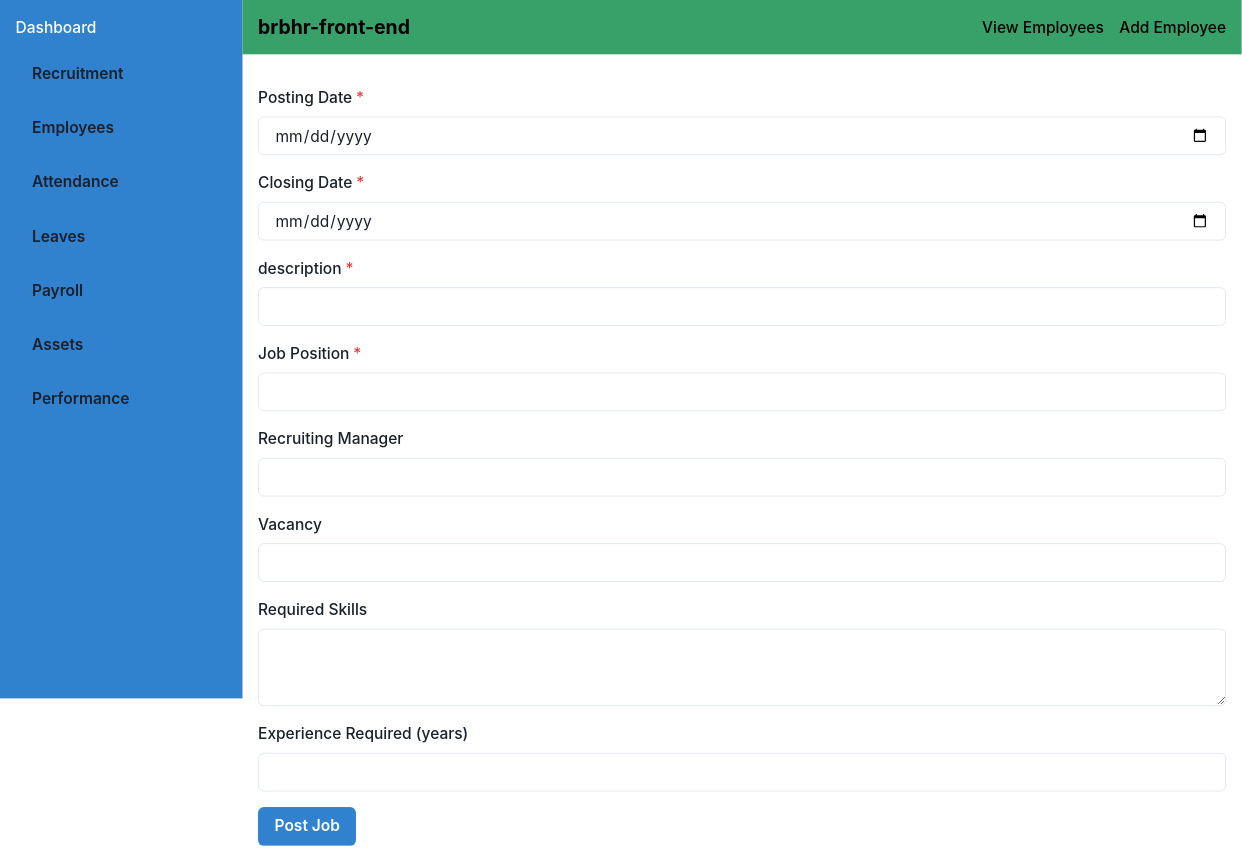
Repository: apipulse/brbhr-frontend
Page: /job-posting
These files come from the project's save history. The page is drawn as it stood at one moment and after the next save; the edit follows.
The browser window is 1280 px wide. The pictures show the whole page, at 97% of full size.
The project was rebuilt for these pictures with package versions that can differ from the ones it lists, and the page was loaded fresh each time. Also part of the build but not shown: vite.config.js, src/components/pages/Home.jsx, src/services/EmployeeService.js, src/components/employee/EmployeeList.jsx, src/components/employee/AddEmployee.jsx, src/services/LeaveService.js, src/components/employee/LeaveList.jsx, src/components/employee/LeaveForm.jsx and 3 more.

Above is the page before, as saved 2024-01-19 22:46:17.

### src/App.jsx
import React from 'react';
import { ChakraProvider, Flex } from '@chakra-ui/react';
import { BrowserRouter as Router, Route, Routes } from 'react-router-dom';
import NavBar from './components/layout/NavBar';
import SideBar from './components/layout/SideBar';
import Home from './components/pages/Home';
import EmployeeList from './components/employee/EmployeeList';
import AddEmployee from './components/employee/AddEmployee';
import LeaveList from './components/employee/LeaveList';
import LeaveForm from './components/employee/LeaveForm';
import InterviewScheduler from './components/candidates/InterviewScheduler';
import OfferManagement from './components/candidates/OfferManagement';
import JobPostingForm from './components/candidates/JobPostingForm';
import JobApplicationsList from './components/candidates/JobApplicationsList';


const App = () => {
  return (
    <ChakraProvider>
      <Router>
        <Flex>
          <SideBar />
          <Flex flexDirection="column" width="calc(100vw - 250px)"> {/* Adjust the width */}
            <NavBar />
            <Routes>
              <Route exact path="/" element={<Home />} />
              <Route path="/employees" element={<EmployeeList />} />
              <Route path="/add-employee" element={<AddEmployee />} />
              <Route path="/leaves" element={<LeaveList />} />
              <Route path="/add-leave" element={<LeaveForm />} />
              <Route path="/schedule-interview" element={<InterviewScheduler />} />
              <Route path="/manage-offers" element={<OfferManagement />} />
              <Route path="/job-posting" element={<JobPostingForm />} />
              <Route path="/job-application-list" element={<JobApplicationsList />} />
              {/* Add more routes as needed */}
            </Routes>
          </Flex>
        </Flex>
      </Router>
    </ChakraProvider>
  );
};

export default App;

### src/components/layout/NavBar.jsx
import { Box, Flex, Link, Heading, Spacer, useMediaQuery } from '@chakra-ui/react';
import { Link as RouterLink } from 'react-router-dom';

const NavBar = () => {
  const [isLargerThan768] = useMediaQuery('(min-width: 768px)');

  return (
    <Flex
    bg="green.500"
    p="4"
    color="black"
    width="full" // Adjust to take full width of the parent container
    direction={isLargerThan768 ? 'row' : 'column'}
    align="center"
    justify={isLargerThan768 ? "space-between" : "center"}
  >
      <Box>
        <Heading size="md">brbhr-front-end</Heading>
      </Box>
      <Spacer />
      <Box mt={!isLargerThan768 ? 4 : 0}>
        <Link as={RouterLink} to="/employees" mx="4">View Employees</Link>
        <Link as={RouterLink} to="/add-employee">Add Employee</Link>
        {/* Add more links as needed */}
      </Box>
    </Flex>
  );
};

export default NavBar;

### src/components/layout/SideBar.jsx
import React, { useState } from 'react';
import { Box, Link, VStack, Collapse, Button, useDisclosure } from '@chakra-ui/react';
import { Link as RouterLink } from 'react-router-dom';

const SidebarLinkGroup = ({ title, children }) => {
  const { isOpen, onToggle } = useDisclosure();
  return (
    <Box>
      <Button variant="ghost" onClick={onToggle} width="100%" justifyContent="flex-start">
        {title}
      </Button>
      <Collapse in={isOpen} animateOpacity>
        <VStack spacing={2} align="stretch" pl={4}>
          {children}
        </VStack>
      </Collapse>
    </Box>
  );
};

const Sidebar = () => {
  return (
    <Box bg="blue.500" h="100vh" w="250px" color="white" p="4">
      <VStack spacing={4} align="stretch">
        {/* Dashboard */}
        <Link as={RouterLink} to="/dashboard">Dashboard</Link>

        <SidebarLinkGroup title="Recruitment">
          <Link as={RouterLink} to="/job-posting">Post Job</Link>
          <Link as={RouterLink} to="/job-application-list">Job Applications</Link>
          <Link as={RouterLink} to="/schedule-interview">Schedule Interview</Link>
          <Link as={RouterLink} to="/manage-offers">Manage Offers</Link>
          {/* Additional Recruitment-related links */}
        </SidebarLinkGroup>

        {/* Employees */}
        <SidebarLinkGroup title="Employees">
          <Link as={RouterLink} to="/employees/list">Employee List</Link>
          <Link as={RouterLink} to="/employees/add">Add Employee</Link>
          {/* Additional Employee-related links */}
        </SidebarLinkGroup>

        {/* Attendance */}
        <SidebarLinkGroup title="Attendance">
          <Link as={RouterLink} to="/attendance/records">Attendance Records</Link>
          <Link as={RouterLink} to="/attendance/report">Attendance Report</Link>
          {/* Additional Attendance-related links */}
        </SidebarLinkGroup>

        {/* Leaves */}
        <SidebarLinkGroup title="Leaves">
          <Link as={RouterLink} to="/leaves/apply">Apply for Leave</Link>
          <Link as={RouterLink} to="/leaves/status">Leave Status</Link>
          {/* Additional Leaves-related links */}
        </SidebarLinkGroup>

        {/* Payroll */}
        <SidebarLinkGroup title="Payroll">
          <Link as={RouterLink} to="/payroll/salary">Salary Details</Link>
          <Link as={RouterLink} to="/payroll/statements">Payroll Statements</Link>
          {/* Additional Payroll-related links */}
        </SidebarLinkGroup>

        {/* Assets */}
        <SidebarLinkGroup title="Assets">
          <Link as={RouterLink} to="/assets/manage">Manage Assets</Link>
          <Link as={RouterLink} to="/assets/assign">Assign Assets</Link>
          {/* Additional Asset-related links */}
        </SidebarLinkGroup>

        {/* Performance (PMS) */}
        <SidebarLinkGroup title="Performance">
          <Link as={RouterLink} to="/performance/reviews">Performance Reviews</Link>
          <Link as={RouterLink} to="/performance/goals">Set Goals</Link>
          {/* Additional Performance-related links */}
        </SidebarLinkGroup>

        {/* Additional main categories as needed */}
      </VStack>
    </Box>
  );
};

export default Sidebar;

### src/components/candidates/JobPostingForm.jsx
import React, { useState } from 'react';
import { Box, FormControl, FormLabel, Input, Button, Textarea, NumberInput, NumberInputField } from '@chakra-ui/react';
import { postJob } from '../../services/CandidateService';

const JobPostingForm = () => {
    const [jobPosting, setJobPosting] = useState({
        title: '',
        description: '',
        postingDate: '',
        closingDate: '',
        jobPosition: '',
        recruitingManager: '',
        vacancy: 1,
        requiredSkills: '',
        experienceRequired: 1
    });

    const handleChange = (e) => {
        if (e.target.name === 'requiredSkills') {
            setJobPosting({ ...jobPosting, requiredSkills: e.target.value.split(',').map(skill => skill.trim()) });
        } else {
            setJobPosting({ ...jobPosting, [e.target.name]: e.target.value });
        }
    };

    const handleSubmit = async (e) => {
        e.preventDefault();
        try {
            const response = await postJob(jobPosting);
            console.log('Job Posted:', response);
        } catch (error) {
            console.error('Error posting job:', error);
            // Handle error
        }
    };

    return (
        <Box p={4}>
            <form onSubmit={handleSubmit}>
                {/* Existing form controls for title and description */}
                {/* Additional form controls for new fields */}
                <FormControl id="postingDate" isRequired mt={4}>
                    <FormLabel>Posting Date</FormLabel>
                    <Input name="postingDate" type="date" onChange={handleChange} />
                </FormControl>
                <FormControl id="closingDate" isRequired mt={4}>
                    <FormLabel>Closing Date</FormLabel>
                    <Input name="closingDate" type="date" onChange={handleChange} />
                </FormControl>
                <FormControl id="description" isRequired mt={4}>
                    <FormLabel>description</FormLabel>
                    <Input name="description" type="text" onChange={handleChange} />
                </FormControl>
                <FormControl id="jobPosition" isRequired mt={4}>
                    <FormLabel>Job Position</FormLabel>
                    <Input name="jobPosition" type="text" onChange={handleChange} />
                </FormControl>
                <FormControl id="recruitingManager" mt={4}>
                    <FormLabel>Recruiting Manager</FormLabel>
                    <Input name="recruitingManager" type="text" onChange={handleChange} />
                </FormControl>
                <FormControl id="vacancy" mt={4}>
                    <FormLabel>Vacancy</FormLabel>
                    <NumberInput min={1}>
                        <NumberInputField name="vacancy" onChange={handleChange} />
                    </NumberInput>
                </FormControl>
                <FormControl id="requiredSkills" mt={4}>
                    <FormLabel>Required Skills</FormLabel>
                    <Textarea name="requiredSkills" onChange={handleChange} />
                </FormControl>
                <FormControl id="experienceRequired" mt={4}>
                    <FormLabel>Experience Required (years)</FormLabel>
                    <NumberInput min={0}>
                        <NumberInputField name="experienceRequired" onChange={handleChange} />
                    </NumberInput>
                </FormControl>
                <Button mt={4} colorScheme="blue" type="submit">Post Job</Button>
            </form>
        </Box>
    );
};

export default JobPostingForm;

### src/services/CandidateService.js
import axios from './axiosInstance'; // Assuming axiosInstance is set up for making API calls

export const postJob = async (jobPosting) => {
    try {
        const response = await axios.post('candidates/post-job', jobPosting);
        return response.data;
    } catch (error) {
        console.log(error);
        throw error;
    }
};

export const getAllJobPostings = async () => {
    try {
        const response = await axios.get('candidates/job-postings');
        return response.data;
    } catch (error) {
        console.log(error);
        throw error;
    }
};

export const applyForJob = async (application) => {
    try {
        const response = await axios.post('candidates/apply', application);
        return response.data;
    } catch (error) {
        console.log(error);
        throw error;
    }
};

export const getCandidateApplications = async (candidateId) => {
    try {
        const response = await axios.get(`candidates/applications/${candidateId}`);
        return response.data;
    } catch (error) {
        console.log(error);
        throw error;
    }
};

export const scheduleInterview = async (interview) => {
    try {
        const response = await axios.post('candidates/schedule-interview', interview);
        return response.data;
    } catch (error) {
        console.log(error);
        throw error;
    }
};

export const extendOffer = async (offer) => {
    try {
        const response = await axios.post('candidates/extend-offer', offer);
        return response.data;
    } catch (error) {
        console.log(error);
        throw error;
    }
};

export const acceptOffer = async (offerId) => {
    try {
        const response = await axios.post(`candidates/accept-offer/${offerId}`);
        return response.data;
    } catch (error) {
        console.log(error);
        throw error;
    }
};

// Additional functions for updating/deleting job postings, interviews, offers, etc.

### src/services/axiosInstance.js
import axios from 'axios';

const axiosInstance = axios.create({
    baseURL: 'http://localhost:8080/api/', // Update with your actual API URL
    // You can add more default settings here
});

export default axiosInstance;

Loaded but not shown: index.html (common file); src/main.jsx (common file); src/index.css (common file)

After the next save:
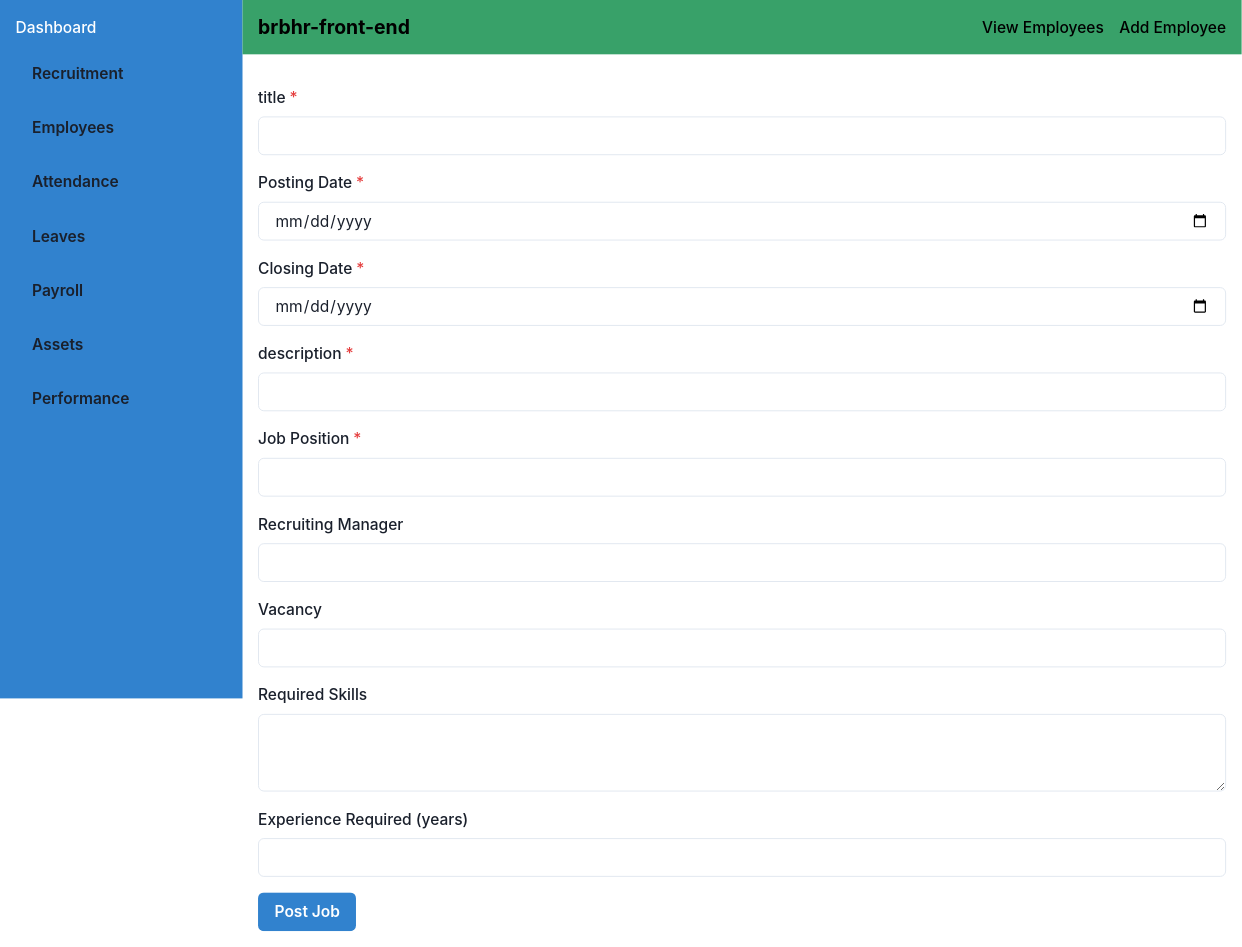
Saved 8 s later.
--- a/src/components/candidates/JobPostingForm.jsx
+++ b/src/components/candidates/JobPostingForm.jsx
@@ -37,8 +37,10 @@ const JobPostingForm = () => {
     return (
         <Box p={4}>
             <form onSubmit={handleSubmit}>
-                {/* Existing form controls for title and description */}
-                {/* Additional form controls for new fields */}
+            <FormControl id="title" isRequired mt={4}>
+                    <FormLabel>title</FormLabel>
+                    <Input name="title" type="text" onChange={handleChange} />
+                </FormControl>
                 <FormControl id="postingDate" isRequired mt={4}>
                     <FormLabel>Posting Date</FormLabel>
                     <Input name="postingDate" type="date" onChange={handleChange} />
